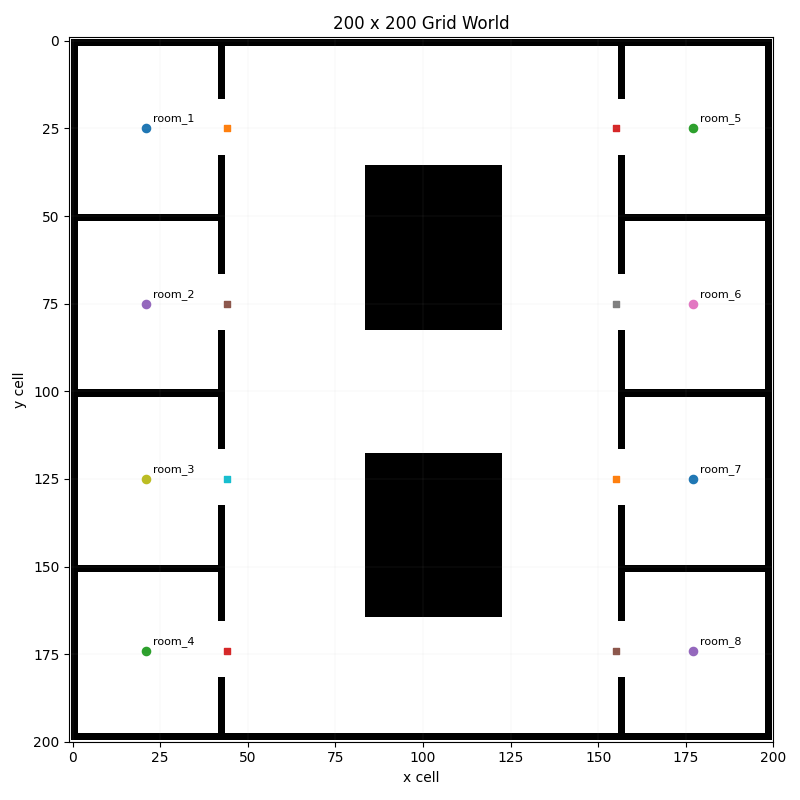
Repository: Jonreasoner/duke_collaboration
Script's output: python grid_world.py
The author's editor kept a copy of each file at every save. The script's output is drawn from the files as they stood at one save, then again after the next save.
Random numbers start from a fixed seed.

Above is the script's output before, as saved 2026-05-20 14:35:41.

### grid_world.py
"""
grid_world.py

Creates a 200 x 200 occupancy-grid world with:
- 8 rooms total, 4 stacked vertically on the left and 4 stacked vertically on the right
- open doorways from each room into the central area
- 2 central obstacle blocks that also act as view occluders

Coordinate convention:
    point = (x, y)
    grid[y, x] = 0 means free
    grid[y, x] = 1 means occupied/wall/obstacle

Run directly:
    python grid_world.py
"""

from __future__ import annotations

from dataclasses import dataclass
from pprint import pprint
from typing import Dict, List, Tuple, Optional

import numpy as np

try:
    import matplotlib.pyplot as plt
except ImportError:  # plotting is optional
    plt = None


FREE = 0
OCCUPIED = 1
Point = Tuple[int, int]
Bounds = Tuple[int, int, int, int]  # x_min, y_min, x_max, y_max inclusive


@dataclass(frozen=True)
class WorldConfig:
    width: int = 200
    height: int = 200
    wall_thickness: int = 2
    border_thickness: int = 2
    left_room_wall_x: int = 42
    right_room_wall_x: int = 156
    door_height: int = 16


def _paint_rect(grid: np.ndarray, x0: int, y0: int, x1: int, y1: int, value: int) -> None:
    """Paint an inclusive rectangle into the occupancy grid."""
    h, w = grid.shape
    x0 = max(0, min(w - 1, int(x0)))
    x1 = max(0, min(w - 1, int(x1)))
    y0 = max(0, min(h - 1, int(y0)))
    y1 = max(0, min(h - 1, int(y1)))
    if x1 < x0:
        x0, x1 = x1, x0
    if y1 < y0:
        y0, y1 = y1, y0
    grid[y0 : y1 + 1, x0 : x1 + 1] = value


def create_grid_world(config: Optional[WorldConfig] = None) -> Tuple[np.ndarray, Dict[str, dict]]:
    """
    Build the grid world and return the occupancy grid plus a room dictionary.

    Returns
    -------
    grid : np.ndarray
        Shape (height, width). 0 is free, 1 is occupied.
    rooms : dict
        Each room has:
            center: coordinate the robot can navigate to for that room
            doorway: coordinate inside the doorway from the central area
            bounds: inclusive room bounds as (x_min, y_min, x_max, y_max)
            side: 'left' or 'right'
    """
    cfg = config or WorldConfig()
    grid = np.zeros((cfg.height, cfg.width), dtype=np.uint8)

    wt = cfg.wall_thickness
    bt = cfg.border_thickness
    lx = cfg.left_room_wall_x
    rx = cfg.right_room_wall_x

    # Outer boundary walls.
    _paint_rect(grid, 0, 0, cfg.width - 1, bt - 1, OCCUPIED)
    _paint_rect(grid, 0, cfg.height - bt, cfg.width - 1, cfg.height - 1, OCCUPIED)
    _paint_rect(grid, 0, 0, bt - 1, cfg.height - 1, OCCUPIED)
    _paint_rect(grid, cfg.width - bt, 0, cfg.width - 1, cfg.height - 1, OCCUPIED)

    # Vertical walls separating side rooms from the central hall.
    _paint_rect(grid, lx, 0, lx + wt - 1, cfg.height - 1, OCCUPIED)
    _paint_rect(grid, rx, 0, rx + wt - 1, cfg.height - 1, OCCUPIED)

    # Horizontal dividers within the left and right room stacks.
    # These do not extend through the central region.
    divider_ys = [50, 100, 150]
    for y in divider_ys:
        _paint_rect(grid, 0, y, lx + wt - 1, y + wt - 1, OCCUPIED)
        _paint_rect(grid, rx, y, cfg.width - 1, y + wt - 1, OCCUPIED)

    # Door openings in the vertical separator walls.
    room_bands = [(bt, 49), (52, 99), (102, 149), (152, cfg.height - bt - 1)]
    door_half = cfg.door_height // 2
    rooms: Dict[str, dict] = {}

    for idx, (y0, y1) in enumerate(room_bands, start=1):
        cy = (y0 + y1) // 2
        dy0 = cy - door_half
        dy1 = cy + door_half - 1

        # Left doorway through the left separator wall.
        _paint_rect(grid, lx, dy0, lx + wt - 1, dy1, FREE)
        rooms[f"room_{idx}"] = {
            "center": (lx // 2, cy),
            "doorway": (lx + wt, cy),
            "bounds": (bt, y0, lx - 1, y1),
            "side": "left",
        }

        # Right doorway through the right separator wall.
        _paint_rect(grid, rx, dy0, rx + wt - 1, dy1, FREE)
        rooms[f"room_{idx + 4}"] = {
            "center": ((rx + wt + cfg.width - bt - 1) // 2, cy),
            "doorway": (rx - 1, cy),
            "bounds": (rx + wt, y0, cfg.width - bt - 1, y1),
            "side": "right",
        }

    # Two central obstacle/occlusion blocks.
    # Stored in the grid as occupied cells, so A* avoids them and visibility checks can treat them as blockers.
    _paint_rect(grid, 84, 36, 122, 82, OCCUPIED)
    _paint_rect(grid, 84, 118, 122, 164, OCCUPIED)

    return grid, rooms


def get_room_targets(rooms: Dict[str, dict]) -> Dict[str, Point]:
    """Return the simple command dictionary: room name -> navigation target."""
    return {name: info["center"] for name, info in rooms.items()}


def is_free(grid: np.ndarray, point: Point) -> bool:
    """Return True if point is inside the grid and not occupied."""
    x, y = point
    return 0 <= y < grid.shape[0] and 0 <= x < grid.shape[1] and grid[y, x] == FREE


def line_of_sight_cells(start: Point, end: Point) -> List[Point]:
    """
    Integer grid cells crossed by a line from start to end, using Bresenham's algorithm.
    Useful later for checking whether the two central obstacle blocks occlude view.
    """
    x0, y0 = start
    x1, y1 = end
    dx = abs(x1 - x0)
    dy = -abs(y1 - y0)
    sx = 1 if x0 < x1 else -1
    sy = 1 if y0 < y1 else -1
    err = dx + dy

    cells: List[Point] = []
    x, y = x0, y0
    while True:
        cells.append((x, y))
        if x == x1 and y == y1:
            break
        e2 = 2 * err
        if e2 >= dy:
            err += dy
            x += sx
        if e2 <= dx:
            err += dx
            y += sy
    return cells


def has_line_of_sight(grid: np.ndarray, start: Point, end: Point) -> bool:
    """
    Return True when the straight segment from start to end does not cross occupied cells.
    Boundary walls and the two central obstacle blocks all count as occluders.
    """
    for x, y in line_of_sight_cells(start, end):
        if not (0 <= y < grid.shape[0] and 0 <= x < grid.shape[1]):
            return False
        if grid[y, x] == OCCUPIED:
            return False
    return True


def plot_grid_world(
    grid: np.ndarray,
    rooms: Dict[str, dict],
    path: Optional[List[Point]] = None,
    start: Optional[Point] = None,
    goal: Optional[Point] = None,
    save_path: Optional[str] = None,
    show: bool = True,
) -> None:
    """Plot the grid, room centers, optional start/goal, and optional A* path."""
    if plt is None:
        raise ImportError("matplotlib is required for plotting. Install it with: pip install matplotlib")

    fig, ax = plt.subplots(figsize=(8, 8))
    ax.imshow(grid, cmap="Greys", origin="upper", interpolation="nearest")

    for name, info in rooms.items():
        cx, cy = info["center"]
        dx, dy = info["doorway"]
        ax.scatter(cx, cy, marker="o", s=35)
        ax.scatter(dx, dy, marker="s", s=20)
        ax.text(cx + 2, cy - 2, name, fontsize=8)

    if path:
        xs = [p[0] for p in path]
        ys = [p[1] for p in path]
        ax.plot(xs, ys, linewidth=2)

    if start is not None:
        ax.scatter(start[0], start[1], marker="x", s=80, label="start")
    if goal is not None:
        ax.scatter(goal[0], goal[1], marker="*", s=100, label="goal")

    ax.set_title("200 x 200 Grid World")
    ax.set_xlabel("x cell")
    ax.set_ylabel("y cell")
    ax.set_xlim(-1, grid.shape[1])
    ax.set_ylim(grid.shape[0], -1)
    ax.set_aspect("equal")
    ax.grid(True, linewidth=0.2, alpha=0.3)
    if start is not None or goal is not None:
        ax.legend(loc="upper right")
    fig.tight_layout()

    if save_path:
        fig.savefig(save_path, dpi=200)
    if show:
        plt.show()
    else:
        plt.close(fig)


def main() -> None:
    grid, rooms = create_grid_world()
    room_targets = get_room_targets(rooms)

    print("Grid shape:", grid.shape)
    print("Cell convention: grid[y, x], 0=free, 1=occupied")
    print("\nRoom target dictionary:")
    pprint(room_targets)

    # Save a figure by default so you can inspect the generated map without needing a GUI.
    plot_grid_world(grid, rooms, save_path="grid_world_design.png", show=True)


if __name__ == "__main__":
    main()

After the next save:
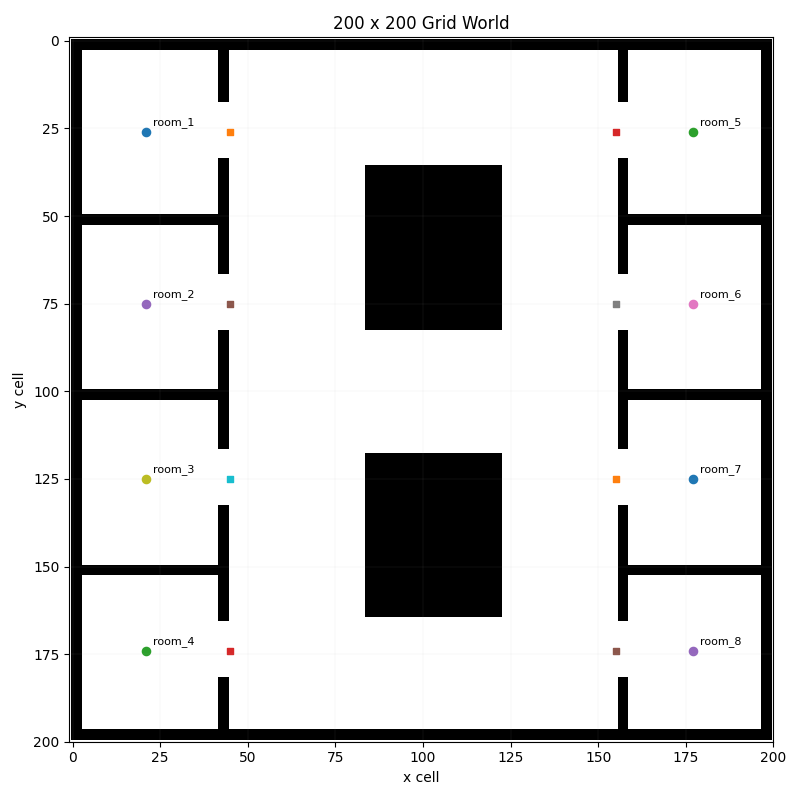
Saved 4 s later.
--- a/grid_world.py
+++ b/grid_world.py
@@ -39,8 +39,8 @@ Bounds = Tuple[int, int, int, int]  # x_min, y_min, x_max, y_max inclusive
 class WorldConfig:
     width: int = 200
     height: int = 200
-    wall_thickness: int = 2
-    border_thickness: int = 2
+    wall_thickness: int = 3
+    border_thickness: int = 3
     left_room_wall_x: int = 42
     right_room_wall_x: int = 156
     door_height: int = 16
